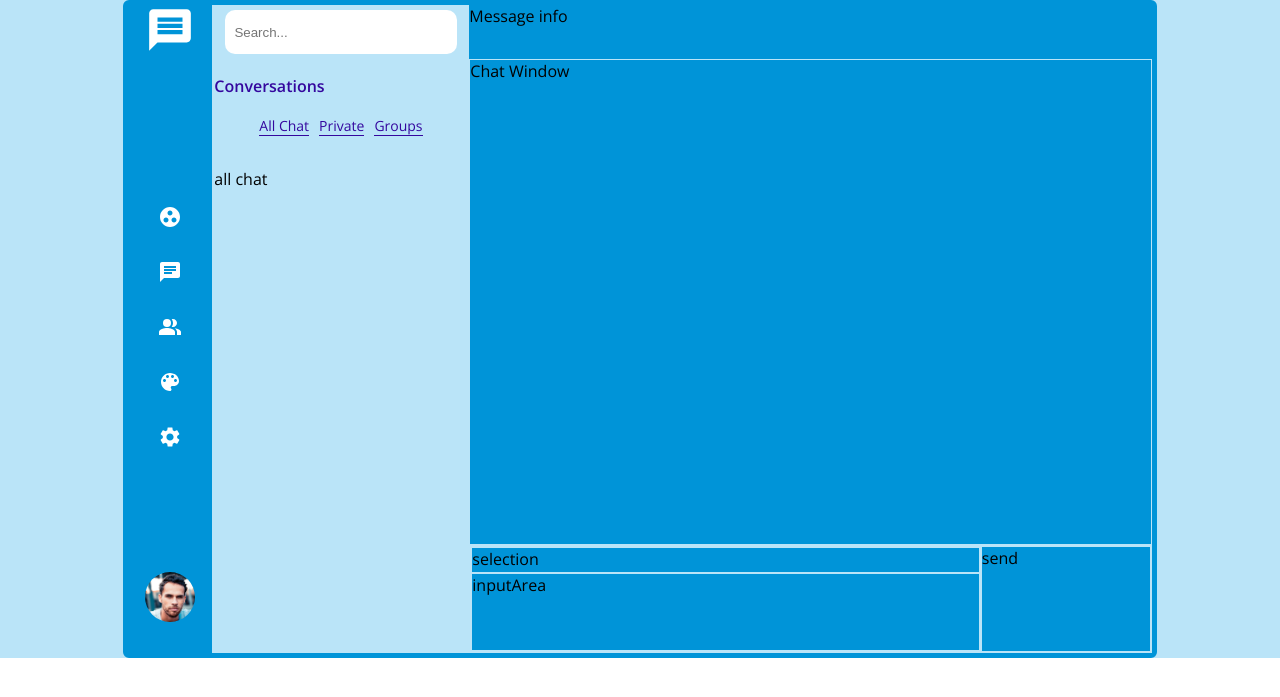
Repository: arafat877/super-chat
Page: /
These files come from the project's save history. The page is drawn as it stood at one moment and after the next save; the edit follows.
The browser window is 1280 px wide. The pictures show the whole page.
The project was rebuilt for these pictures with package versions that can differ from the ones it lists, and the page was loaded fresh each time.

Above is the page before, as saved 2020-08-05 00:21:50.

### public/index.html
<!DOCTYPE html>
<html lang="en">
  <head>
    <meta charset="utf-8" />
    <meta name="viewport" content="width=device-width, initial-scale=1" />
    <meta name="theme-color" content="#000000" />
    <meta
      name="description"
      content="Chat application with node.js, express, react.js, mongoDb and socket.io"
    />
    <link rel="stylesheet" href="styles.css">
    <link href="https://fonts.googleapis.com/css2?family=Open+Sans:wght@300;400;600;700;800&display=swap" rel="stylesheet">

    <title>Super Chat</title>
  </head>
  <body>
    <noscript>You need to enable JavaScript to run this app.</noscript>
    <div id="root"></div>
  </body>
</html>

### src/App.js
import React from "react";
import "./App.scss";
import {
  Message,
  GroupWork,
  Chat,
  Palette,
  Settings,
  PeopleAlt,
} from "@material-ui/icons";

function App() {
  return (
    <div className="appContainer">
      <div className="appWrapper">
        <div className="mainColumn">
          <div className="mcLogo">
            <Message className="logo"/>
          </div>
          <div className="mcList">
            <ul className="mainList">
              <li className="mainListItem">
                <GroupWork className="listItemIcon" />
              </li>
              <li className="mainListItem">
                <Chat className="listItemIcon" />
              </li>
              <li className="mainListItem">
                <PeopleAlt className="listItemIcon" />
              </li>
              <li className="mainListItem">
                <Palette className="listItemIcon" />
              </li>
              <li className="mainListItem">
                <Settings className="listItemIcon" />
              </li>
            </ul>
          </div>
          <div className="mcPhoto">
            <img
              className="profilePicture"
              src={require("./assets/m1.jpeg")}
              alt="Profile"
            />
          </div>
        </div>
        <div className="conversationsColumn">
          <div className="ccSearch">
            <input className="searchInput" placeholder="  Search..."/>
          </div>
          <div className="ccTitle">
            <span className="ccTitleSpan">Conversations</span>
          </div>
          <div className="ccSelection">
            <ul className="ccSelectionList">
              <li className="ccSelectionListItem">All Chat</li>
              <li className="ccSelectionListItem">Private</li>
              <li className="ccSelectionListItem">Groups</li>
            </ul>
          </div>
          <div className="ccAllChat">all chat</div>
          {/* <div className="ccPrivate">private</div>
          <div className="ccGroups">groups</div> */}
        </div>
        <div className="messagesColumn">
          <div className="mecInfo">Message info</div>
          <div className="mecWindow">Chat Window</div>
          <div className="mecInput">
            <div className="inputColumn">
              <div className="inputSelection">selection</div>
              <div className="inputArea">inputArea</div>
            </div>
            <div className="inputSend">send</div>
          </div>
        </div>
      </div>
    </div>
  );
}

export default App;

### src/App.scss
:root {
  --main-bg-light: rgb(186, 228, 248);
  --main-bg-dark: rgb(32, 55, 66);
  --main-bg-hot: rgb(204, 98, 79);
  --main-bg-sweet: rgb(198, 255, 164);

  --wrapper-bg-light: rgb(0, 148, 216);
}

.appContainer {
  // height: 100vh;
  background-color: var(--main-bg-light);
  display: flex;
  font-family: 'Open Sans', sans-serif;


  .appWrapper {
    height: 90vh;
    width: 80vw;
    background-color: var(--wrapper-bg-light);
    border-radius: 6px;
    border: solid thick var(--wrapper-bg-light);
    margin: auto;
    display: grid;
    grid-template-columns: repeat(12, 1fr);

    .mainColumn {
      border-right: solid thin var(--main-bg-light);
      grid-column-start: 1;
      grid-column-end: 2;
      display: grid;
      grid-template-rows: repeat(12, 1fr);
      text-align: center;

      .mcLogo {
        grid-row-start: 1;
        grid-row-end: 3;

        .logo {
          height: 50px;
          width: 50px;
          color: white;
        }
      }

      .mcList {
        grid-row-start: 3;
        grid-row-end: 11;
        display: flex;

        .mainList {
          list-style: none;
          margin: auto;
          padding: 0px;

          .mainListItem {
            color: white;

            .listItemIcon{
              height: 50px;
            }
          }
        }
      }

      .mcPhoto {
        grid-row-start: 11;
        grid-row-end: 13;
        margin: auto;

        .profilePicture{
          height: 50px;
          width: 50px;
          border-radius: 50%;
          object-fit: cover;
        }
      }
    }

    .conversationsColumn {
      border-right: solid thin var(--main-bg-light);
      grid-column-start: 2;
      grid-column-end: 5;
      display: grid;
      grid-template-rows: repeat(12, 1fr);
      background-color: rgb(186, 228, 248);

      .ccSearch {
        border: solid thin var(--main-bg-light); //temporary
        grid-row-start: 1;
        grid-row-end: 2;
        text-align: center;
        display: flex;

        .searchInput{
          margin: auto;
          border: none;
          width: 90%;
          height: 80%;
          border-radius: 10px;

          &:focus{
            outline: none;
          }
        }
      }

      .ccTitle {
        border: solid thin var(--main-bg-light); //temporary
        grid-row-start: 2;
        grid-row-end: 3;
        display: flex;

        .ccTitleSpan{
          margin-top: auto;
          margin-bottom: auto;
          font-weight: 600;
          color: rgb(52, 7, 158);
        }
      }

      .ccSelection {
        border: solid thin var(--main-bg-light); //temporary
        grid-row-start: 3;
        grid-row-end: 4;

        .ccSelectionList{
          list-style:none;
          margin-top: auto;

          .ccSelectionListItem{
            display: inline;
            margin: 5px;
            font-size: 14px;
            font-weight: 300;
            border-bottom: solid thin;
            color: rgb(52, 7, 158);
          }
        }
      }
      .ccAllChat {
        border: solid thin var(--main-bg-light); //temporary
        grid-row-start: 4;
        grid-row-end: 13;
      }
    }
    .messagesColumn {
      grid-column-start: 5;
      grid-column-end: 13;
      display: grid;
      grid-template-rows: repeat(12, 1fr);

      .mecInfo {
        grid-row-start: 1;
        grid-row-end: 2;
      }
      .mecWindow {
        border: solid thin var(--main-bg-light); //temporary
        grid-row-start: 2;
        grid-row-end: 11;
      }
      .mecInput {
        border: solid thin var(--main-bg-light); //temporary
        grid-row-start: 11;
        grid-row-end: 13;
        display: grid;
        grid-template-columns: repeat(12, 1fr);

        .inputColumn {
          border: solid thin var(--main-bg-light); //temporary
          grid-column-start: 1;
          grid-column-end: 10;
          display: grid;
          grid-template-rows: repeat(12, 1fr);

          .inputSelection {
            border: solid thin var(--main-bg-light); //temporary
            grid-row-start: 1;
            grid-row-end: 4;
          }
          .inputArea {
            border: solid thin var(--main-bg-light); //temporary
            grid-row-start: 4;
            grid-row-end: 13;
          }
        }

        .inputSend {
          border: solid thin var(--main-bg-light); //temporary
          grid-column-start: 10;
          grid-column-end: 13;
        }
      }
    }
  }
}

Loaded but not shown: src/index.js (common file); public/styles.css (common file)

After the next save:
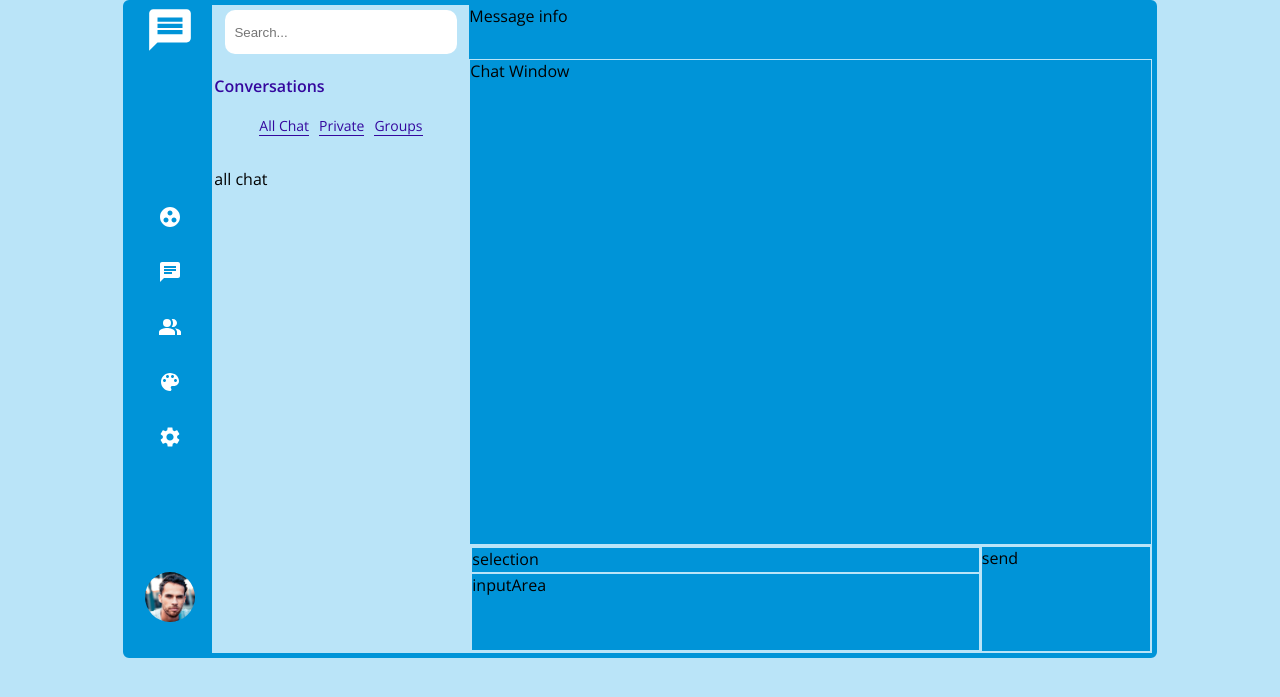
Saved 6 s later.
--- a/src/App.scss
+++ b/src/App.scss
@@ -8,9 +8,9 @@
 }
 
 .appContainer {
-  // height: 100vh;
+  height: 100vh;
   background-color: var(--main-bg-light);
-  display: flex;
+  // display: flex;
   font-family: 'Open Sans', sans-serif;
 
 
